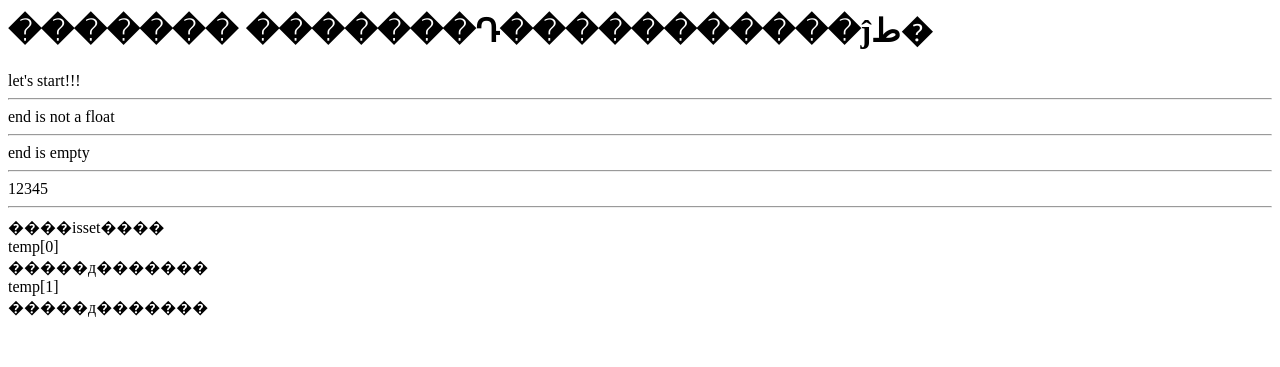
Repository: hanliyao/HelloWorld
Page: http://localhost/core/Common/testUnit.php
The author's editor kept a copy of each file at every save. The page is drawn from the files as they stood at one save, then again after the next save.
The browser window is 1280 px wide. The pictures show the whole page.
The page is run by PHP 8.4 with error messages shown; the project is at /var/www/html/.

Above is the page before, as saved 2016-02-05 01:38:54.

After the next save:
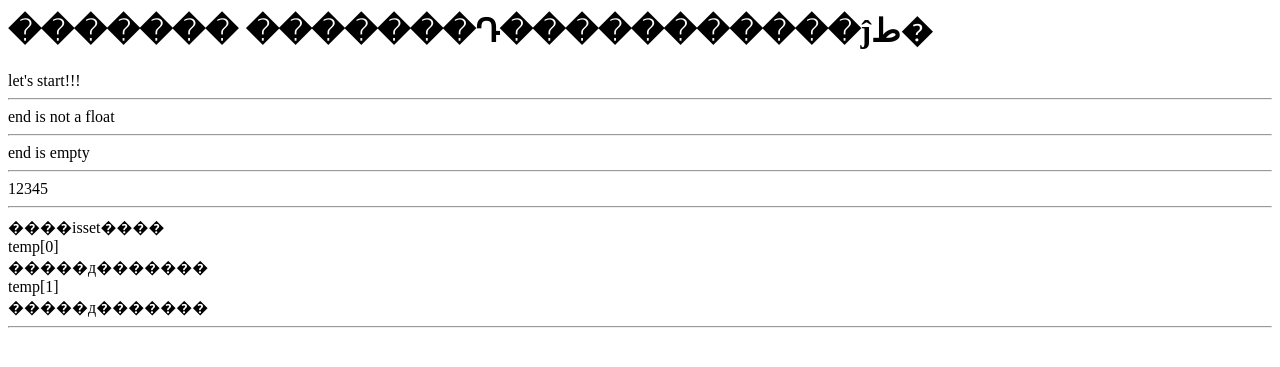
Saved 28 s later.
--- a/HelloWorld/core/Common/testUnit.php
+++ b/HelloWorld/core/Common/testUnit.php
@@ -55,7 +55,7 @@
            }else {
                echo "鑒莉櫓꼇닸瞳鑒앴<br>";
            }
-
+           echo "<hr>";
 
         ?>
     </body>
